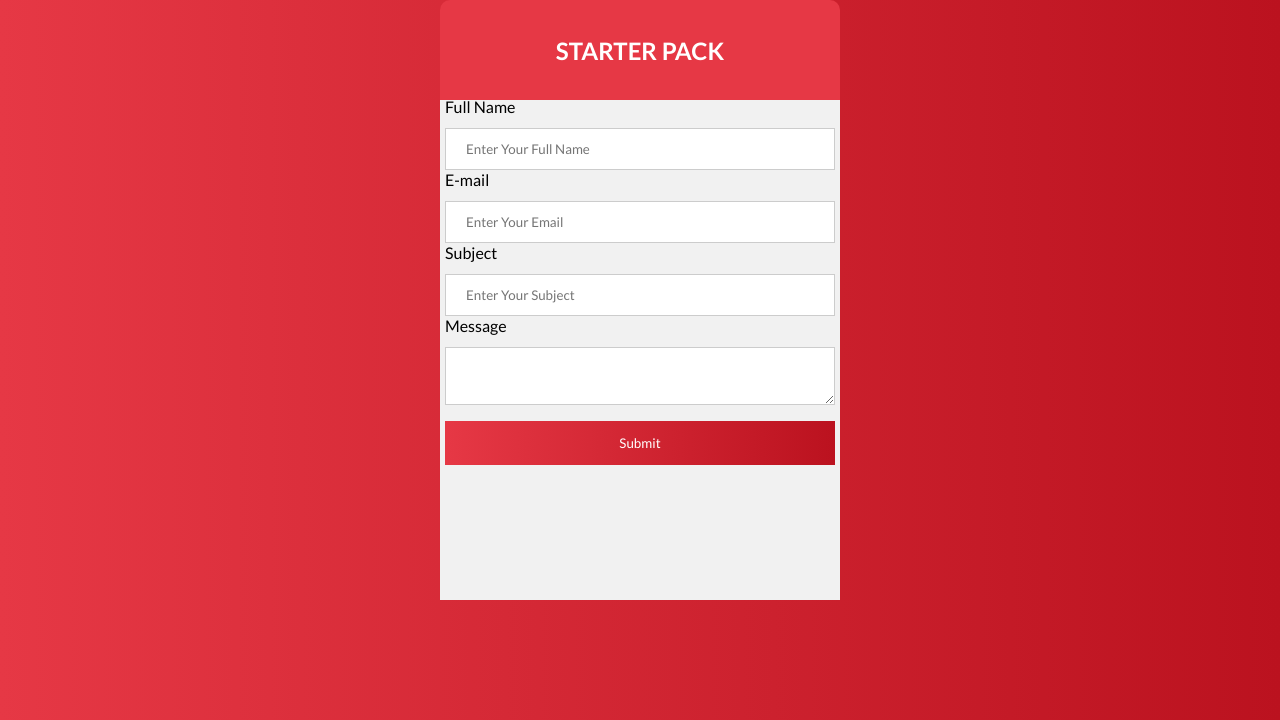
Repository: CallumS19/energise-hosting-project
Page: workspace/cards.html
The author's editor kept a record of every edit. The page is drawn from the files as they stood at one moment, then again after the next edit.
The browser window is 1280 px wide. The pictures show the whole page.
Some web libraries are served in a nearby version.

Above is the page before.

### workspace/cards.html
<!DOCTYPE html>
<html lang="en">
    <head>
        <title>Energise-Hosting</title>
        <!--<link rel="stylesheet" href="css/frontend.css" type="text/css">-->
        <link rel="stylesheet" href="css/cards.css" type="text/css" />
        <meta name="viewport" content="width=device-width, initial-scale=1.0">
        <meta name="author" content="Callum Spiers">
        <meta name="description" content="Energised-Hosting is a web hosting company that offers a wide range of website hosting plans">
        <meta name="keywords" content="Web Hosting, Hosting, Energise-Hosting, Html, Css, javascript, PhP, Callum Spiers">
        <link href="https://fonts.googleapis.com/css?family=Lato:100,100i,300,300i,400,400i,700,700i,900,900i" rel="stylesheet">
        <link rel="icon" href="img/EHLogo.jpg" type="image/pjpg">
        <link rel="stylesheet" href="https://use.fontawesome.com/releases/v5.6.1/css/all.css" integrity="sha384-gfdkjb5BdAXd+lj+gudLWI+BXq4IuLW5IT+brZEZsLFm++aCMlF1V92rMkPaX4PP" crossorigin="anonymous">
        <!-- Load an icon library to show a hamburger menu (bars) on small screens -->
        <link rel="stylesheet" href="https://cdnjs.cloudflare.com/ajax/libs/font-awesome/4.7.0/css/font-awesome.min.css">
        <meta charset="UTF-8">
    </head>
    <body>

                <!--<nav class="topnav" id="responsiveNav">
            <ul>
                <div>Icons made by <a href="https://www.flaticon.com/authors/prettycons" title="prettycons">prettycons</a> from <a href="https://www.flaticon.com/" 			    title="Flaticon">www.flaticon.com</a> is licensed by <a href="http://creativecommons.org/licenses/by/3.0/" 			    title="Creative Commons BY 3.0" target="_blank">CC 3.0 BY</a></div>
                <li><img id="brandLogo" src="img/EHLogo.jpg" alt="Energise-Logo" href="/"></li>
                <li><a href="index.php">Home</a></li>
                <!--<li class="dropdown">
                    <a href="javascript:void(0)" class="dropbtn">Services</a>
                    <div class="dropdown-content">
                        <a href="services/small-plan.php">Small Plan</a>
                        <a href="#">Medium Plan</a>
                        <a href="#">Large Plan</a>
                    </div>
                </li>
                <li><a href="about.php">About</a></li>
                <li><a href="">Contact</a></li>
                <li class="link-right"><a href="">Register</a></li>
                <li class="link-right"><a href="">Login</a></li>
                  <li><a href="javascript:void(0);" class="icon" onclick="responsiveNav()">
                    <i class="fa fa-bars"></i>
                  </a></li>
            </ul>
        </nav>
        <nav class="topnav" id="responsiveNav">
            <ul>
                <li><a href="index.php">Home</a></li>
                <li><a href="about.php">About</a></li>
                <li><a href="">Contact</a></li>
                <li><a href="">Register</a></li>
                <li><a href="">Login</a></li>
                  <li><a href="javascript:void(0);" class="icon" onclick="responsiveNav()">
                    <i class="fa fa-bars"></i>
                  </a></li>
            </ul>
        </nav>

        <div class="welcome">
            <div class="welcome-background">
                <a class="link-full" href="">Register</a>
            </div>
        </div>
        -->
                <div class="contact-form">
                    <div class="card-top">
                        <h2 id="card-top-title">Starter Pack</h2>
                    </div>
                    <div class="card">
                        <form action="includes/mail.php">
                            <label for="Fname">Full Name</label>
                            <input type="text" name="fname" placeholder="Enter Your Full Name" required/>

                            <label for="email">E-mail</label>
                            <input type="text" name="email" placeholder="Enter Your Email" required/>

                            <label for="subject">Subject</label>
                            <input type="text" name="subject" placeholder="Enter Your Subject" required/>

                            <label for="message">Message</label>
                            <textarea></textarea>

                            <button type="submit">Submit</button>
                        </form>
                    </div>
                </div>
    </body>
</html>

### workspace/css/cards.css
* {
    box-sizing: border-box;
    font-family: 'Lato', sans-serif;
}

body {
    background: url(), linear-gradient(90deg, #e63845, #bb121f);
    margin: 0;
    padding: 0;
}

/* Contact Form */

.contact-form {
    margin: 0 auto;
    text-align: center;
    width: 400px;
}

/* Full-width input fields */
input[type=text], input[type=password], textarea {
  width: 100%;
  padding: 12px 20px;
  margin: 8px 0;
  display: inline-block;
  border: 1px solid #ccc;
  box-sizing: border-box;
  margin-top: 20px;
}

label {
    float: left;
}

/* Set a style for all buttons */
button {
  background: linear-gradient(90deg, #e63845, #bb121f);
  color: white;
  padding: 14px 20px;
  margin: 8px 0;
  border: none;
  cursor: pointer;
  width: 100%;
}


/* Style the counter cards */
.card {
  padding: 5px;
  text-align: center;
  background-color: #f1f1f1;
  height: 500px;
  line-height: 3px;
}


.card-top {
    position: relative;
    text-align: center;
    height: 100px;
    background-color: #e63845;
    border-radius: 10px 10px 0 0;
}

.card-top > h2 {
    text-transform: uppercase;
    position: absolute;
    top: 30%;
    left: 50%;
    transform: translate(-50%, -50%);
    color: #fff;
}

After the next edit:
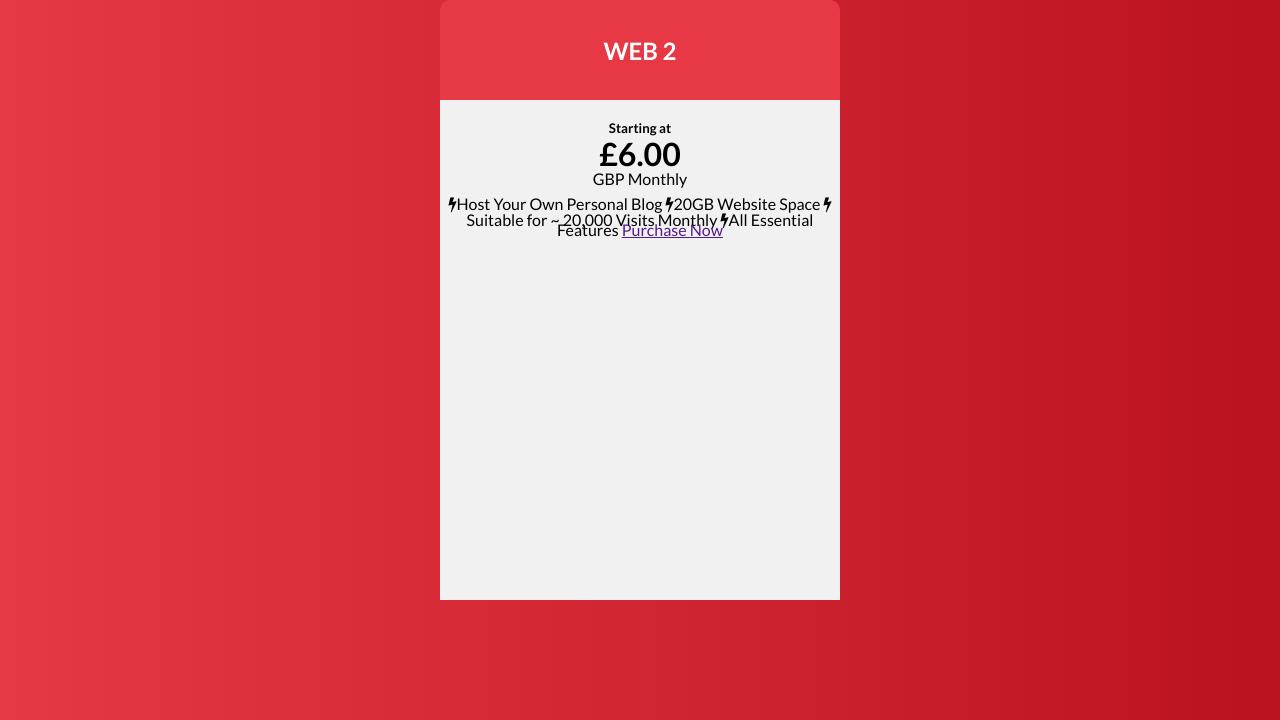
The edit:
--- a/workspace/cards.html
+++ b/workspace/cards.html
@@ -60,7 +60,22 @@
         -->
                 <div class="contact-form">
                     <div class="card-top">
-                        <h2 id="card-top-title">Starter Pack</h2>
+                        <h2 id="card-top-title">Web 2</h2>
+                    </div>
+                    <div class="card">
+                        <h5 id="starting_at">Starting at</h5>
+                        <h1 id="price">&pound;6.00</h1>
+                        <p>GBP Monthly</p>
+                        <a><i class="fa fa-bolt"></i>Host Your Own Personal Blog</a>
+                        <a><i class="fa fa-bolt"></i>20GB Website Space</a>
+                        <a><i class="fa fa-bolt"></i>Suitable for ~ 20,000 Visits Monthly</a>
+                        <a><i class="fa fa-bolt"></i>All Essential Features</a>
+
+                        <a id="purchase_btn" href="">Purchase Now</a>
+                    </div>
+
+                    <!--<div class="card-top">
+                        <h2 id="card-top-title">Contact Form</h2>
                     </div>
                     <div class="card">
                         <form action="includes/mail.php">

After the 3 edits that followed:
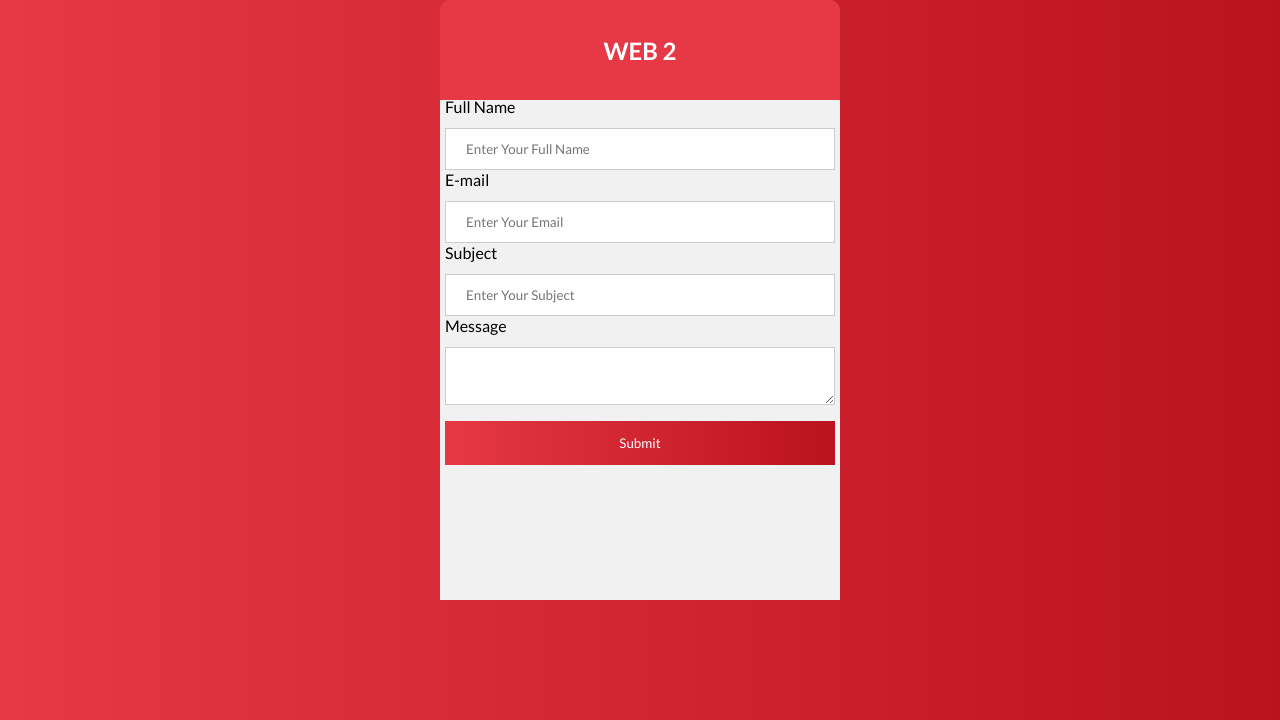
The 3 edits are shown as one change because 2 left the picture as it was.
The edit:
--- a/workspace/cards.html
+++ b/workspace/cards.html
@@ -63,20 +63,26 @@
                         <h2 id="card-top-title">Web 2</h2>
                     </div>
                     <div class="card">
-                        <h5 id="starting_at">Starting at</h5>
-                        <h1 id="price">&pound;6.00</h1>
-                        <p>GBP Monthly</p>
-                        <a><i class="fa fa-bolt"></i>Host Your Own Personal Blog</a>
-                        <a><i class="fa fa-bolt"></i>20GB Website Space</a>
-                        <a><i class="fa fa-bolt"></i>Suitable for ~ 20,000 Visits Monthly</a>
-                        <a><i class="fa fa-bolt"></i>All Essential Features</a>
+                        <form action="includes/mail.php">
+                            <label for="Fname">Full Name</label>
+                            <input type="text" name="fname" placeholder="Enter Your Full Name" required/>
 
-                        <a id="purchase_btn" href="">Purchase Now</a>
+                            <label for="email">E-mail</label>
+                            <input type="text" name="email" placeholder="Enter Your Email" required/>
+
+                            <label for="subject">Subject</label>
+                            <input type="text" name="subject" placeholder="Enter Your Subject" required/>
+
+                            <label for="message">Message</label>
+                            <textarea></textarea>
+
+                            <button type="submit">Submit</button>
+                        </form>
                     </div>
 
                     <!--<div class="card-top">
-                        <h2 id="card-top-title">Contact Form</h2>
-                    </div>
+                            <h2 id="card-top-title">Contact Form</h2>
+                        </div>
                     <div class="card">
                         <form action="includes/mail.php">
                             <label for="Fname">Full Name</label>
@@ -94,6 +100,6 @@
                             <button type="submit">Submit</button>
                         </form>
                     </div>
-                </div>
+                </div>-->
     </body>
 </html>
